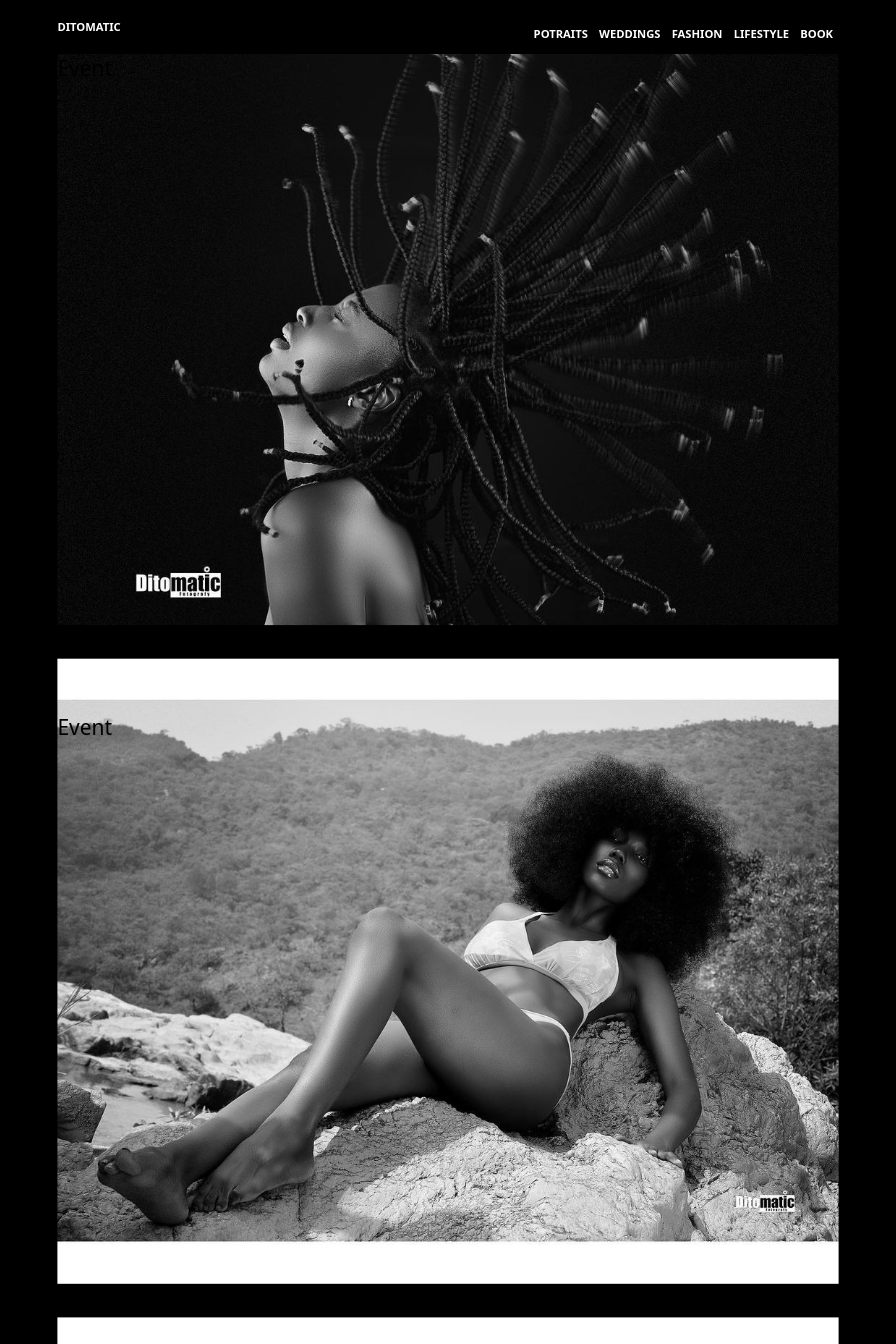
Repository: latenightsnacc/Ditomatic-Demo
Page: index3.html
The author's editor kept a copy of each file at every save. The page is drawn from the files as they stood at one save, then again after the next save.
The browser window is 1280 px wide. The pictures show the part of the page from y = 0 to 1920 px (the page is 3566 px tall before and 2758 px after), at 70% of full size.
Some web libraries are served in a nearby version.

Above is the page before, as saved 2021-02-23 19:10:55.
Console error: TypeError: Cannot read properties of null (reading 'addEventListener')

### index3.html
<!DOCTYPE html>
<html lang="en">
<head>
    <meta charset="UTF-8">
    <meta name="viewport" content="width=device-width, initial-scale=1.0">
    <!--Tailwind 2.0.2-->
    <link href="https://cdnjs.cloudflare.com/ajax/libs/tailwindcss/2.0.2/tailwind.min.css" rel="stylesheet">
    <!--Font Awesome 5.15.1-->
    <link rel="stylesheet" href="https://cdnjs.cloudflare.com/ajax/libs/font-awesome/5.15.1/css/all.min.css" integrity="sha512-+4zCK9k+qNFUR5X+cKL9EIR+ZOhtIloNl9GIKS57V1MyNsYpYcUrUeQc9vNfzsWfV28IaLL3i96P9sdNyeRssA==" crossorigin="anonymous" />
    <!-- Bootstrap 5.0.0 Beta-->
    <link href="https://cdn.jsdelivr.net/npm/bootstrap@5.0.0-beta1/dist/css/bootstrap.min.css" rel="stylesheet" integrity="sha384-giJF6kkoqNQ00vy+HMDP7azOuL0xtbfIcaT9wjKHr8RbDVddVHyTfAAsrekwKmP1" crossorigin="anonymous" />
    <!-- UIkit CSS -->
    <link rel="stylesheet" href="https://cdn.jsdelivr.net/npm/uikit@3.6.9/dist/css/uikit.min.css" />
    <link rel="stylesheet" href="stylesheet.css">
    <!--Page Title-->
    <title>Ditomatic Fotografy</title>
</head>
<body class="bg-black overflow-x-hidden">
    <!--Header-->
    <header>
        <nav class="navbar navbar-expand-lg navbar-light bg-black fixed-top mb-44">
            <div class="container">
                <a class="font-bold text-base uppercase text-white" href="#">
                    DITOMATIC
                    <!-- <img src="assets/Logos/TRY-Logo.png" alt="" width="150px" > -->
                </a>
                <ul class="navbar-nav ml-auto ">
                    <li class="nav-item">
                        <a class="nav-link font-bold text-base uppercase text-white" href="#">potraits</a>
                    </li>
                    <li class="nav-item">
                        <a class="nav-link font-bold text-base uppercase text-white" href="#">weddings</a>
                    </li>
                    <li class="nav-item">
                        <a class="nav-link font-bold text-base uppercase text-white" href="#">fashion</a>
                    </li>
                    <li class="nav-item">
                        <a class="nav-link font-bold text-base uppercase text-white" href="#">lifestyle</a>
                    </li>
                    <li class="nav-item">
                        <a class="nav-link font-bold text-base uppercase text-white" href="#">book</a>
                    </li>
                </ul>
            </div>
        </nav>
    </header>
    <!--End of Header-->
    <main class="bg-transparent">
        <!--Fashion-->
        <section class="">
            <div class="container">
                <div class="relative">
                    <img src="images/rays.jpg" alt="" width="100%">

                    <div class="absolute top-20 left-0">
                        <div class="text-black text-3xl hover:font-black">Event</div>
                    </div>
                </div>
            </div>
        </section>
        <!--End of Fashion-->
        <div class="my-5"></div>



        <!--Lifestyle-->
        <section class="">
            <div class="container">
                <div class="relative">
                    <img src="images/Biki.jpg" alt="" width="100%">

                    <div class="absolute top-20 left-0">
                        <div class="text-black text-3xl hover:font-black">Event</div>
                    </div>
                </div>
            </div>
        </section>
        <!--End of Lifestyle-->
        <div class="my-5"></div>
        <!--Fashion-->
        <section class="">
            <div class="container">
                <div class="relative">
                    <img src="images/sideMan.jpg" alt="" width="100%">

                    <div class="absolute top-20 left-0">
                        <div class="text-black text-3xl hover:font-black">Event</div>
                    </div>
                </div>
            </div>
        </section>
        <!--End of Fashion-->
        <div class="my-5"></div>
        <!--Event-->
        <section class="">
            <div class="container">
                <div class="relative">
                    <img src="images/TLFC-ConvertImage.jpg" alt="" width="100%">

                    <div class="absolute top-20 left-0">
                        <div class="text-black text-3xl hover:font-black">Event</div>
                    </div>
                </div>
            </div>
        </section>
        <!--End of Event-->



    </main>
<!-- UIkit JS -->
<script src="main.js"></script>
<script src="https://cdn.jsdelivr.net/npm/uikit@3.6.9/dist/js/uikit.min.js"></script>

<!--BOOTSTRAP CDN-->
<script src="https://cdn.jsdelivr.net/npm/bootstrap@5.0.0-beta1/dist/js/bootstrap.bundle.min.js" integrity="sha384-ygbV9kiqUc6oa4msXn9868pTtWMgiQaeYH7/t7LECLbyPA2x65Kgf80OJFdroafW" crossorigin="anonymous"></script>

</body>
</html>

### stylesheet.css
.d-none, #eventSet {
    display: none;
}

### main.js
let lifeStlyeSet = document.getElementById('lifestyleSet');
let eventSet = document.getElementById('eventSet');


document.getElementById('lifestyleBtn').addEventListener('click', function() {
    if(lifeStlyeSet.style.display === 'none') {
        lifeStlyeSet.style.display = 'block';
    } else {
        lifeStlyeSet.style.display = 'none';
    }
    }
)
document.getElementById('eventBtn').addEventListener('click', function() {
    if(eventSet.style.display === 'none') {
        eventSet.style.display = 'block';
    } else {
        eventSet.style.display = 'none';
    }
    }
)

After the next save:
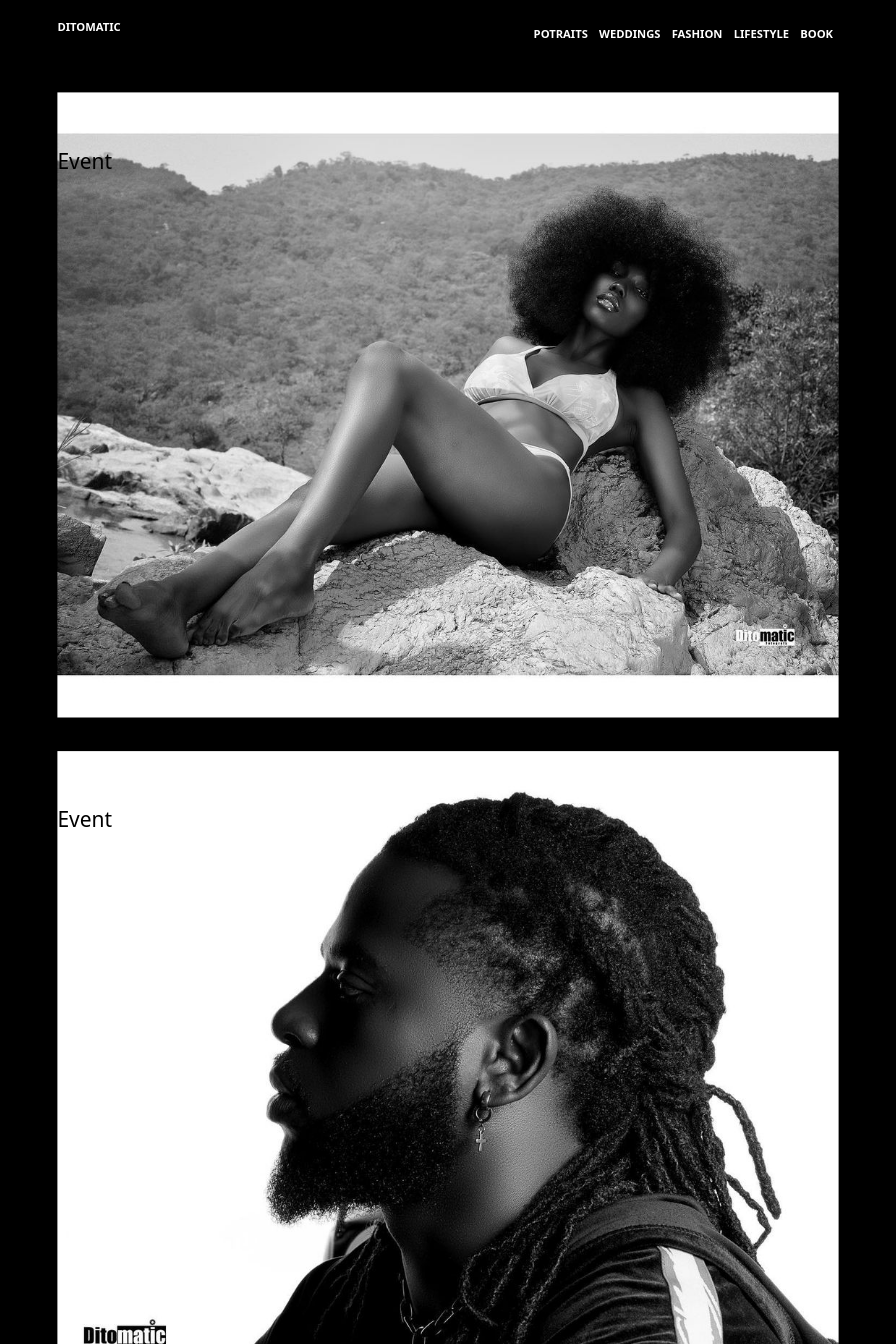
Saved 116 s later.
--- a/index3.html
+++ b/index3.html
@@ -26,7 +26,7 @@
                 </a>
                 <ul class="navbar-nav ml-auto ">
                     <li class="nav-item">
-                        <a class="nav-link font-bold text-base uppercase text-white" href="#">potraits</a>
+                        <a class="nav-link font-bold text-base uppercase text-white" href="#potraits">potraits</a>
                     </li>
                     <li class="nav-item">
                         <a class="nav-link font-bold text-base uppercase text-white" href="#">weddings</a>
@@ -50,7 +50,7 @@
         <section class="">
             <div class="container">
                 <div class="relative">
-                    <img src="images/rays.jpg" alt="" width="100%">
+                    <h2 class="uppercase text-4xl text-center">portraits</h2>>
 
                     <div class="absolute top-20 left-0">
                         <div class="text-black text-3xl hover:font-black">Event</div>
